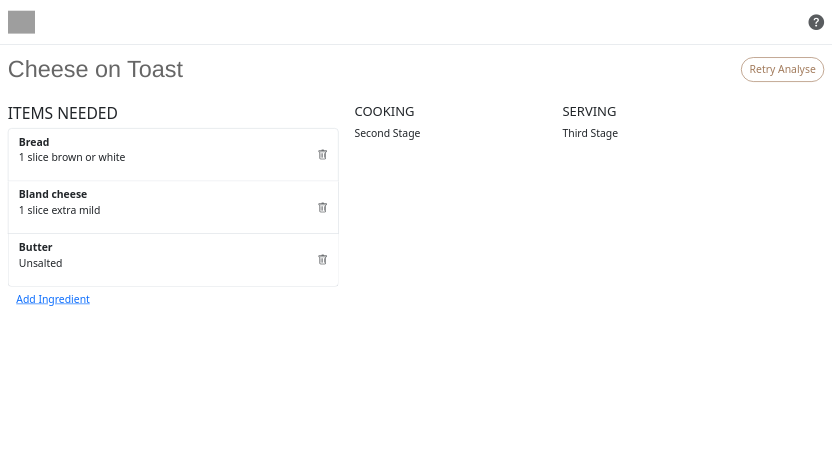
Repository: devashrisamani/SMC
Page: index.html
The author's editor kept a copy of each file at every save. The page is drawn from the files as they stood at one save, then again after the next save.
The browser window is 1280 px wide. The pictures show the whole page, at 65% of full size.
Pictures or frames that could not be fetched are drawn as grey boxes.

Above is the page before, as saved 2024-10-09 15:08:37.

### index.html
<!DOCTYPE html>
<html lang="en">
  <head>
    <meta charset="UTF-8" />
    <meta name="viewport" content="width=device-width, initial-scale=1.0" />
    <link
      href="https://cdn.jsdelivr.net/npm/bootstrap@5.3.0-alpha1/dist/css/bootstrap.min.css"
      rel="stylesheet"
    />
    <link
      href="https://cdn.jsdelivr.net/npm/bootstrap-icons/font/bootstrap-icons.css"
      rel="stylesheet"
    />
    <link rel="stylesheet" href="styles.css" />
    <title>Recipe Page</title>
  </head>
  <body>
    <!-- Header -->
    <header class="container-fluid border-bottom py-3">
      <div class="d-flex justify-content-between align-items-center">
        <!-- Logo -->
        <div>
          <img src="img/logomark.svg" alt="Logo" class="logo" />
        </div>

        <!-- Help Icon -->
        <div>
          <i class="bi bi-question-circle-fill fs-4 text-muted"></i>
        </div>
      </div>
    </header>

    <!-- Title and Retry Button -->
    <section class="container-fluid py-3">
      <div class="d-flex justify-content-between align-items-center">
        <!-- Title -->
        <h1 class="header-title">Cheese on Toast</h1>

        <!-- Retry Button -->
        <button class="btn btn-outline-primary retry-btn">Retry Analyse</button>
      </div>
    </section>

    <!-- Main Content -->
    <section class="container-fluid py-3">
      <div class="row">
        <!-- First Rectangle: Items Needed -->
        <div class="col-md-5 rectangle items-needed">
          <h4 class="items-title">ITEMS NEEDED</h4>

          <!-- Ingredients List -->
          <ul class="list-group ingredients-list">
            <li
              class="list-group-item d-flex justify-content-between align-items-center"
            >
              <div>
                <strong>Bread</strong>
                <p>1 slice brown or white</p>
              </div>
              <i class="bi bi-trash text-muted"></i>
            </li>
            <li
              class="list-group-item d-flex justify-content-between align-items-center"
            >
              <div>
                <strong>Bland cheese</strong>
                <p>1 slice extra mild</p>
              </div>
              <i class="bi bi-trash text-muted"></i>
            </li>
            <li
              class="list-group-item d-flex justify-content-between align-items-center"
            >
              <div>
                <strong>Butter</strong>
                <p>Unsalted</p>
              </div>
              <i class="bi bi-trash text-muted"></i>
            </li>
          </ul>

          <!-- Add Ingredient Button -->
          <button class="btn btn-link add-ingredient">Add Ingredient</button>
        </div>

        <!-- Second Rectangle: Cooking -->
        <div class="col-md-3 rectangle cooking">
          <h5>COOKING</h5>
          <p>Second Stage</p>
        </div>

        <!-- Third Rectangle: Serving -->
        <div class="col-md-3 rectangle serving">
          <h5>SERVING</h5>
          <p>Third Stage</p>
        </div>
      </div>
    </section>

    <script src="https://cdn.jsdelivr.net/npm/bootstrap@5.3.0-alpha1/dist/js/bootstrap.bundle.min.js"></script>
  </body>
</html>

### styles.css
/* Custom styles for the header */
.logo {
  width: 42px;
  height: 36px;
}

.bi-question-circle-fill {
  color: #a27b5c;
}

.border-bottom {
  border-color: #eee;
}

/* Title Section */
.header-title {
  font-family: "Calistoga-Regular", Helvetica, sans-serif;
  color: #666666;
  font-size: 36px;
  margin: 0;
}

.retry-btn {
  border-color: #a27b5c;
  color: #a27b5c;
  border-radius: 20px;
}

.retry-btn:hover {
  background-color: #a27b5c;
  color: #fff;
}

After the next save:
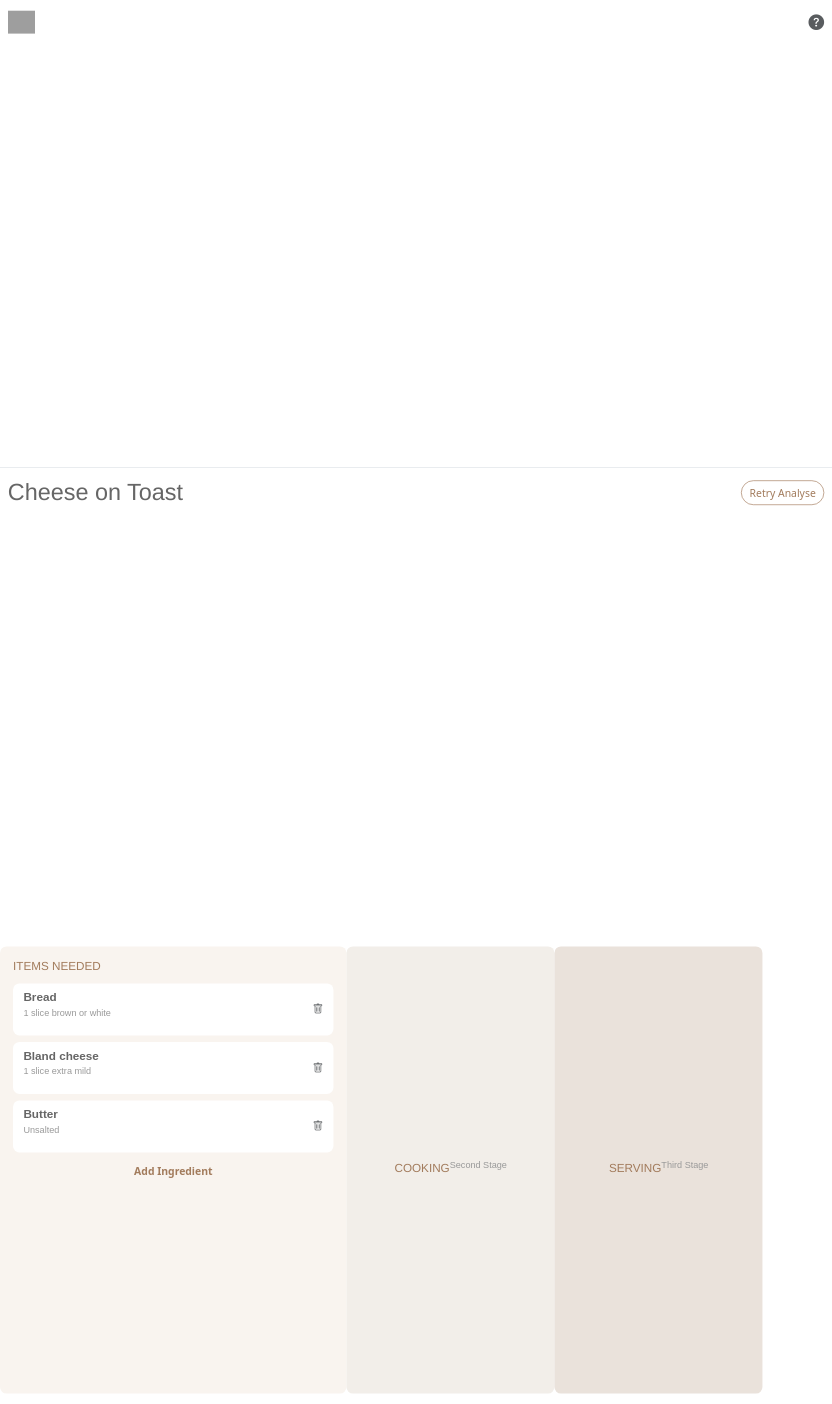
Saved 41 s later.
--- a/styles.css
+++ b/styles.css
@@ -30,3 +30,106 @@
   background-color: #a27b5c;
   color: #fff;
 }
+
+/* Ensure the container takes up the full height of the viewport */
+.container-fluid {
+  height: 100vh; /* Full height of the viewport */
+  display: flex;
+  flex-direction: column;
+}
+
+.row {
+  flex-grow: 1; /* Make the row fill the remaining vertical space */
+}
+
+/* Rectangles should take up 100% of their parent height */
+.rectangle {
+  background-color: #f7f3ef;
+  padding: 20px;
+  height: 100%; /* Full height of the container */
+  border-radius: 10px;
+  margin-bottom: 10px;
+}
+
+/* First Rectangle (Items Needed) */
+.items-needed {
+  background-color: #f9f4ef;
+  display: flex;
+  flex-direction: column;
+}
+
+/* Second Rectangle (Cooking) */
+.cooking {
+  background-color: #f2eee9;
+  text-align: center;
+  display: flex;
+  justify-content: center;
+  align-items: center;
+}
+
+/* Third Rectangle (Serving) */
+.serving {
+  background-color: #eae2db;
+  text-align: center;
+  display: flex;
+  justify-content: center;
+  align-items: center;
+}
+
+/* Title and Text Styles */
+.items-title {
+  font-family: "Calistoga-Regular", Helvetica, sans-serif;
+  color: #a27b5c;
+  font-size: 18px;
+  margin-bottom: 15px;
+}
+
+.ingredients-list .list-group-item {
+  border: none;
+  border-radius: 10px;
+  background-color: #fff;
+  margin-bottom: 10px;
+  font-family: "DM Sans", sans-serif;
+}
+
+.ingredients-list .list-group-item strong {
+  font-size: 18px;
+  color: #666666;
+}
+
+.ingredients-list .list-group-item p {
+  font-size: 14px;
+  color: #999999;
+}
+
+/* Add Ingredient Button */
+.add-ingredient {
+  color: #a27b5c;
+  font-weight: bold;
+  text-decoration: none;
+}
+
+/* Cooking and Serving Section Titles */
+.cooking h5,
+.serving h5 {
+  font-family: "Calistoga-Regular", Helvetica, sans-serif;
+  font-size: 18px;
+  color: #a27b5c;
+  margin-bottom: 5px;
+}
+
+/* Cooking and Serving Section Text */
+.cooking p,
+.serving p {
+  font-family: "DM Sans", sans-serif;
+  font-size: 14px;
+  color: #999999;
+}
+
+/* Ensure the overall page has no padding or margins */
+body,
+html {
+  padding: 0;
+  margin: 0;
+  height: 100%;
+}

After the save that followed:
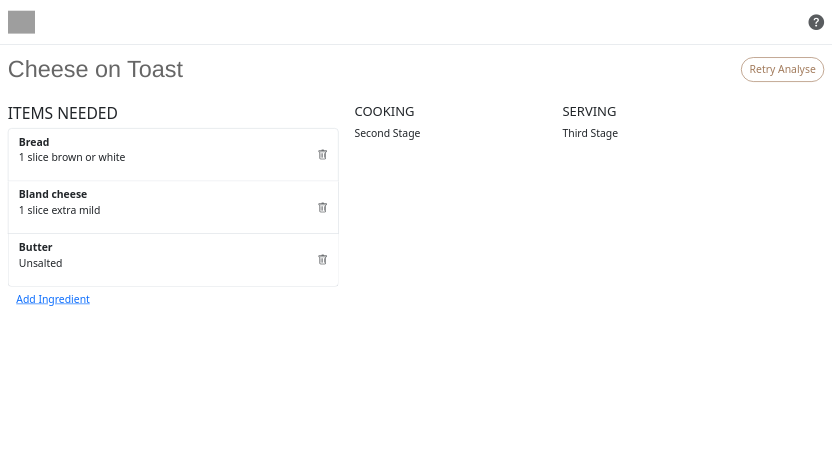
Saved 59 s later.
--- a/styles.css
+++ b/styles.css
@@ -30,106 +30,3 @@
   background-color: #a27b5c;
   color: #fff;
 }
-
-/* Ensure the container takes up the full height of the viewport */
-.container-fluid {
-  height: 100vh; /* Full height of the viewport */
-  display: flex;
-  flex-direction: column;
-}
-
-.row {
-  flex-grow: 1; /* Make the row fill the remaining vertical space */
-}
-
-/* Rectangles should take up 100% of their parent height */
-.rectangle {
-  background-color: #f7f3ef;
-  padding: 20px;
-  height: 100%; /* Full height of the container */
-  border-radius: 10px;
-  margin-bottom: 10px;
-}
-
-/* First Rectangle (Items Needed) */
-.items-needed {
-  background-color: #f9f4ef;
-  display: flex;
-  flex-direction: column;
-}
-
-/* Second Rectangle (Cooking) */
-.cooking {
-  background-color: #f2eee9;
-  text-align: center;
-  display: flex;
-  justify-content: center;
-  align-items: center;
-}
-
-/* Third Rectangle (Serving) */
-.serving {
-  background-color: #eae2db;
-  text-align: center;
-  display: flex;
-  justify-content: center;
-  align-items: center;
-}
-
-/* Title and Text Styles */
-.items-title {
-  font-family: "Calistoga-Regular", Helvetica, sans-serif;
-  color: #a27b5c;
-  font-size: 18px;
-  margin-bottom: 15px;
-}
-
-.ingredients-list .list-group-item {
-  border: none;
-  border-radius: 10px;
-  background-color: #fff;
-  margin-bottom: 10px;
-  font-family: "DM Sans", sans-serif;
-}
-
-.ingredients-list .list-group-item strong {
-  font-size: 18px;
-  color: #666666;
-}
-
-.ingredients-list .list-group-item p {
-  font-size: 14px;
-  color: #999999;
-}
-
-/* Add Ingredient Button */
-.add-ingredient {
-  color: #a27b5c;
-  font-weight: bold;
-  text-decoration: none;
-}
-
-/* Cooking and Serving Section Titles */
-.cooking h5,
-.serving h5 {
-  font-family: "Calistoga-Regular", Helvetica, sans-serif;
-  font-size: 18px;
-  color: #a27b5c;
-  margin-bottom: 5px;
-}
-
-/* Cooking and Serving Section Text */
-.cooking p,
-.serving p {
-  font-family: "DM Sans", sans-serif;
-  font-size: 14px;
-  color: #999999;
-}
-
-/* Ensure the overall page has no padding or margins */
-body,
-html {
-  padding: 0;
-  margin: 0;
-  height: 100%;
-}
